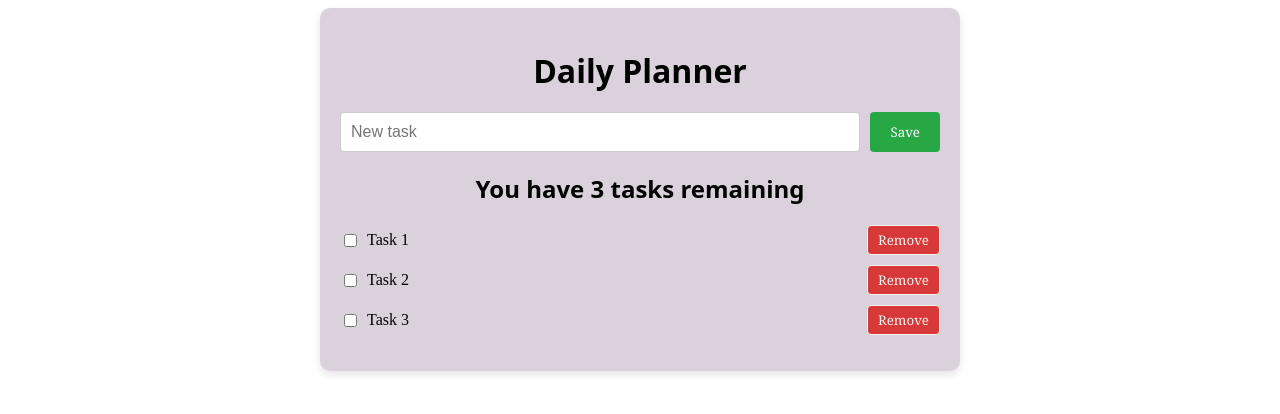
Repository: k8ANStar/lab04-daily-planner
Page: /
An editor plug-in stored every save of this project. The page is shown before and after the next save, followed by the edit.
The browser window is 1280 px wide. The pictures show the whole page.
The project was rebuilt for these pictures with package versions that can differ from the ones it lists, and the page was loaded fresh each time. Also part of the build but not shown: vite.config.js.

Above is the page before, as saved 2024-10-13 12:41:52.

### src/App.jsx
import React from "react";
import DailyPlanner from "./components/DailyPlanner";
import "./App.css";

function App() {
	return (
		<div>
			<DailyPlanner />
		</div>
	);
}

export default App;

### src/components/DailyPlanner.jsx
import React, { useState } from "react";
import TaskForm from "./TaskForm";
import TaskList from "./TaskList";

const DailyPlanner = () => {
	const initialTasks = [
		{ id: 1, name: "Task 1", completed: false },
		{ id: 2, name: "Task 2", completed: false },
		{ id: 3, name: "Task 3", completed: false },
	];

	const [tasks, setTasks] = useState(initialTasks);

	const addTask = (taskName) => {
		const newTask = {
			id: tasks.length + 1,
			name: taskName,
			completed: false,
		};
		setTasks([...tasks, newTask]);
	};

	const removeTask = (id) => {
		setTasks(tasks.filter((task) => task.id !== id));
	};

	const handleCheck = (id) => {
		setTasks(
			tasks.map((task) =>
				task.id === id ? { ...task, completed: !task.completed } : task
			)
		);
	};

	const remainingTasks = tasks.filter((task) => !task.completed).length;

	return (
		<div className="planner-container">
			<h1>Daily Planner</h1>
			<TaskForm addTask={addTask} />
			<h2>You have {remainingTasks} tasks remaining</h2>
			<TaskList
				tasks={tasks}
				handleCheck={handleCheck}
				removeTask={removeTask}
			/>
		</div>
	);
};

export default DailyPlanner;

### src/App.css
.planner-container {
	max-width: 600px;
	margin: 0 auto;
	padding: 20px;
	background-color: #dad1dd;
	border-radius: 10px;
	box-shadow: 0 4px 8px rgba(0, 0, 0, 0.1);
}

h1,
h2 {
	text-align: center;
	margin-bottom: 20px;
	font-family: system-ui, -apple-system, BlinkMacSystemFont, "Segoe UI", Roboto,
		Oxygen, Ubuntu, Cantarell, "Open Sans", "Helvetica Neue", sans-serif;
}

.task-form {
	display: flex;
	justify-content: space-between;
	margin-bottom: 20px;
}

.task-input {
	flex-grow: 1;
	padding: 10px;
	font-size: 16px;
	border-radius: 4px;
	border: 1px solid #ccc;
	margin-right: 10px;
}

.save-btn {
	padding: 10px 20px;
	background-color: #28a745;
	color: white;
	border: none;
	border-radius: 4px;
	cursor: pointer;
	font-family: Georgia, "Times New Roman", Times, serif;
}

.save-btn:hover {
	background-color: #218838;
}

.task-list {
	list-style: none;
	padding: 0;
}

.task-item {
	display: flex;
	align-items: center;
	justify-content: space-between;
	margin-bottom: 10px;
}

.task-checkbox {
	margin-right: 10px;
}

.task-name {
	flex-grow: 1;
}

.task-name.completed {
	text-decoration: line-through;
	color: #6c757d;
}

.remove-btn {
	padding: 5px 10px;
	background-color: #d73838;
	color: rgb(252, 243, 243);
	border: solid 1px;
	border-radius: 4px;
	cursor: pointer;
	font-family: Georgia, "Times New Roman", Times, serif;
}

.remove-btn:hover {
	background-color: #92222d;
}

### src/components/TaskForm.jsx
import React, { useState } from "react";

const TaskForm = ({ addTask }) => {
	const [taskName, setTaskName] = useState("");

	const handleSubmit = (e) => {
		e.preventDefault();
		if (taskName.trim()) {
			addTask(taskName);
			setTaskName("");
		}
	};

	return (
		<form onSubmit={handleSubmit} className="task-form">
			<input
				type="text"
				value={taskName}
				onChange={(e) => setTaskName(e.target.value)}
				placeholder="New task"
				className="task-input"
			/>
			<button type="submit" className="save-btn">
				Save
			</button>
		</form>
	);
};

export default TaskForm;

### src/components/TaskList.jsx
import React from "react";
import Task from "./Tasks";

const TaskList = ({ tasks, handleCheck, removeTask }) => {
	return (
		<ul className="task-list">
			{tasks.map((task) => (
				<Task
					key={task.id}
					task={task}
					handleCheck={handleCheck}
					removeTask={removeTask}
				/>
			))}
		</ul>
	);
};

export default TaskList;

### src/components/Tasks.jsx
import React from "react";

const Task = ({ task, handleCheck, removeTask }) => {
	return (
		<li className="task-item">
			<input
				type="checkbox"
				checked={task.completed}
				onChange={() => handleCheck(task.id)}
				className="task-checkbox"
			/>
			<span className={task.completed ? "task-name completed" : "task-name"}>
				{task.name}
			</span>
			<button onClick={() => removeTask(task.id)} className="remove-btn">
				Remove
			</button>
		</li>
	);
};

export default Task;

Loaded but not shown: index.html (common file); src/main.jsx (common file); src/index.css (common file)

After the next save:
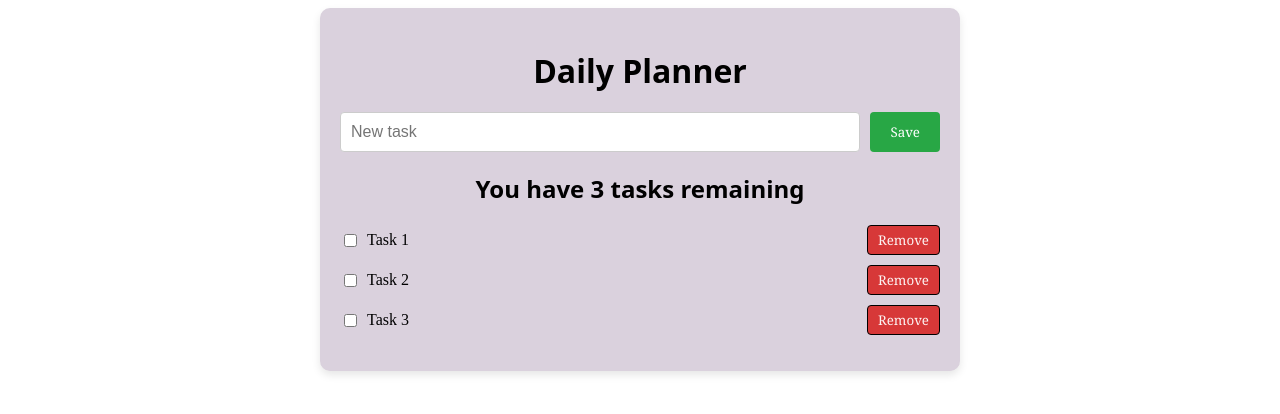
Saved 23 s later.
--- a/src/App.css
+++ b/src/App.css
@@ -73,7 +73,7 @@ h2 {
 	padding: 5px 10px;
 	background-color: #d73838;
 	color: rgb(252, 243, 243);
-	border: solid 1px;
+	border: 1px solid black;
 	border-radius: 4px;
 	cursor: pointer;
 	font-family: Georgia, "Times New Roman", Times, serif;
